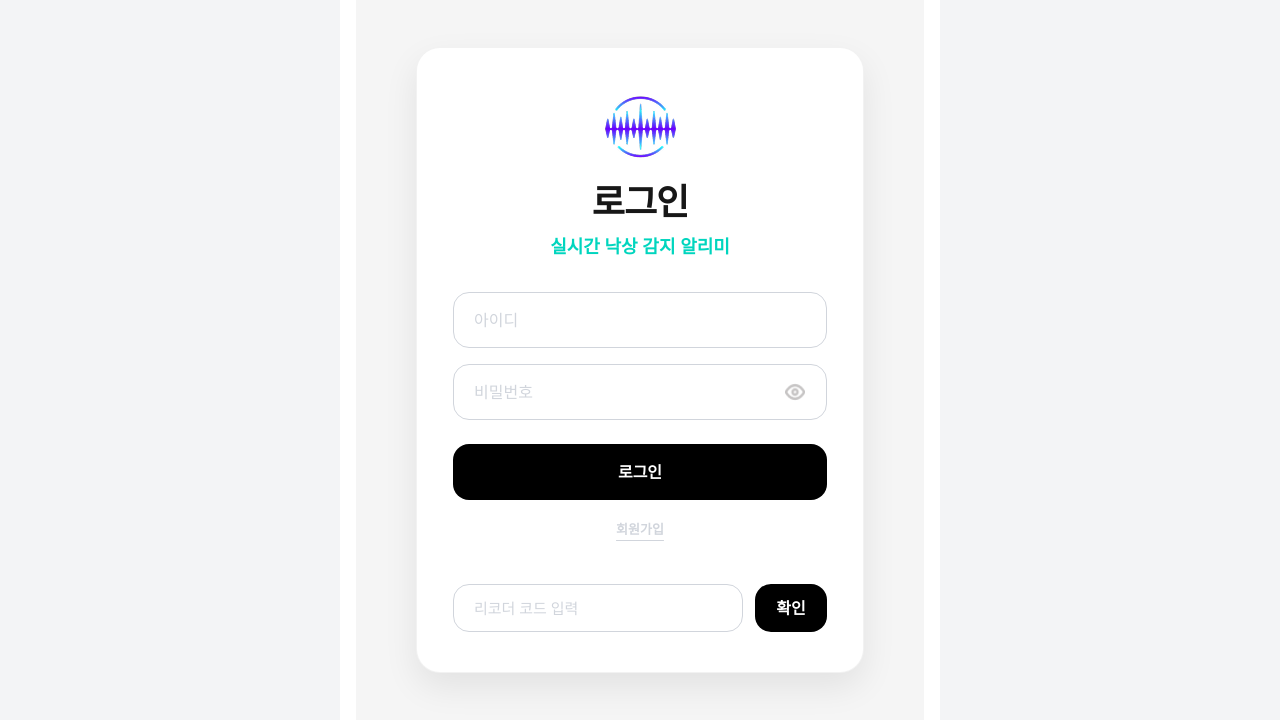
Repository: AudioFallCare/AudioFallCare_web
Page: /
The author's editor kept a copy of each file at every save. The page is drawn from the files as they stood at one save, then again after the next save.
The browser window is 1280 px wide. The pictures show the whole page.
Some web fonts or font styles are not loaded; a fallback is used. The project was rebuilt for these pictures with package versions that can differ from the ones it lists, and the page was loaded fresh each time. Also part of the build but not shown: src/pages/Signup.jsx.

Above is the page before, as saved 2026-01-29 13:30:09.

### index.html
<!doctype html>
<html lang="en">
  <head>
    <meta charset="UTF-8" />
    <link rel="icon" type="image/svg+xml" href="/vite.svg" />
    <link href="https://cdn.jsdelivr.net/gh/orioncactus/pretendard@v1.3.9/dist/web/variable/pretendardvariable.min.css" rel="stylesheet">
    <meta name="viewport" content="width=device-width, initial-scale=1.0" />
    <title>audiofallcare-web</title>
  </head>
  <body>
    <div id="root"></div>
    <script type="module" src="/src/main.jsx"></script>
  </body>
</html>

### src/layout.jsx
const Layout = ({ children }) => {
  return (
    <div className="min-h-screen bg-gray-100 flex justify-center">
      <main className="w-full max-w-[600px] bg-white min-h-screen px-4">
        {children}
      </main>
    </div>
  )
}

export default Layout

### src/pages/Signin.jsx
import React, { useState } from "react";
import { useNavigate } from "react-router-dom";

import LOGO from "../../public/LOGO.png";
import EYESONME from "../../public/Eye.png";

const Login = () => {
  const navigate = useNavigate();

  const [userId, setUserId] = useState("");
  const [password, setPassword] = useState("");
  const [showPassword, setShowPassword] = useState(false);
  const [recorderCode, setRecorderCode] = useState("");

  const handleSubmit = (e) => {
    e.preventDefault();
    console.log("login", { userId, password });
  };

  return (
    <div className="min-h-screen bg-neutral-100 flex items-center justify-center px-5 py-8 text-neutral-900">
      <div className="w-full max-w-md bg-white rounded-3xl shadow-[0_14px_34px_rgba(0,0,0,0.08)] border border-black/5 px-8 py-10 sm:px-9">
        {/* Header */}
        <div className="text-center mb-7">
          <div className="mx-auto mb-4 flex items-center justify-center">
            <img
              src={LOGO}
              alt="logo"
              className="h-20 w-20 object-contain"
            />
          </div>

          <h1 className="text-4xl font-extrabold tracking-tight leading-none">로그인</h1>
          <p className="mt-3 text-lg font-bold text-teal-400">실시간 낙상 감지 알리미</p>
        </div>

        {/* Form */}
        <form onSubmit={handleSubmit} className="mt-8">
          <input
            type="text"
            placeholder="아이디"
            value={userId}
            onChange={(e) => setUserId(e.target.value)}
            className="w-full h-14 px-5 rounded-2xl border border-gray-300 bg-white text-[16px] font-medium text-neutral-700 placeholder:text-gray-300 focus:outline-none focus:ring-4 focus:ring-indigo-500/15 focus:border-indigo-500/60"
          />

          <div className="relative mt-4">
            <input
              type={showPassword ? "text" : "password"}
              placeholder="비밀번호"
              value={password}
              onChange={(e) => setPassword(e.target.value)}
              className="w-full h-14 px-5 pr-14 rounded-2xl border border-gray-300 bg-white text-[16px] font-medium text-neutral-700 placeholder:text-gray-300 focus:outline-none focus:ring-4 focus:ring-indigo-500/15 focus:border-indigo-500/60"
            />

            <button
              type="button"
              onClick={() => setShowPassword(!showPassword)}
              className="absolute right-3 top-1/2 -translate-y-1/2 h-10 w-10 rounded-full flex items-center justify-center hover:bg-black/5 active:scale-[0.98]"
              aria-label={showPassword ? "비밀번호 숨기기" : "비밀번호 보기"}
            >
              <img src={EYESONME} alt="" className="h-5 w-5" />
            </button>
          </div>

          <button
            type="submit"
            className="mt-6 w-full h-14 rounded-2xl bg-black text-white text-[16px] font-bold hover:bg-neutral-900 active:translate-y-[1px]"
          >
            로그인
          </button>
        </form>

        <button
          className="mt-5 mx-auto block w-fit text-[13px] font-bold text-gray-300 underline underline-offset-[6px] hover:text-gray-500 transition-colors"
          onClick={() => navigate("/signup")}
          type="button"
        >
          회원가입
        </button>

        <div className="mt-11 flex items-center gap-3">
          <input
            type="text"
            placeholder="리코더 코드 입력"
            value={recorderCode}
            onChange={(e) => setRecorderCode(e.target.value)}
            className="min-w-0 flex-1 h-12 px-5 rounded-2xl border border-gray-300 bg-white text-[15px] font-medium text-neutral-900 placeholder:text-gray-300 focus:outline-none focus:ring-4 focus:ring-indigo-500/15 focus:border-indigo-500/60"
          />
          <button
            type="button"
            className="h-12 min-w-[72px] px-5 rounded-2xl bg-black text-white font-bold hover:bg-neutral-900 active:translate-y-[1px]"
          >
            확인
          </button>
        </div>
      </div>
    </div>
  );
};

export default Login;

Loaded but not shown: src/main.jsx (common file); src/index.css (common file); src/App.jsx (common file)

After the next save:
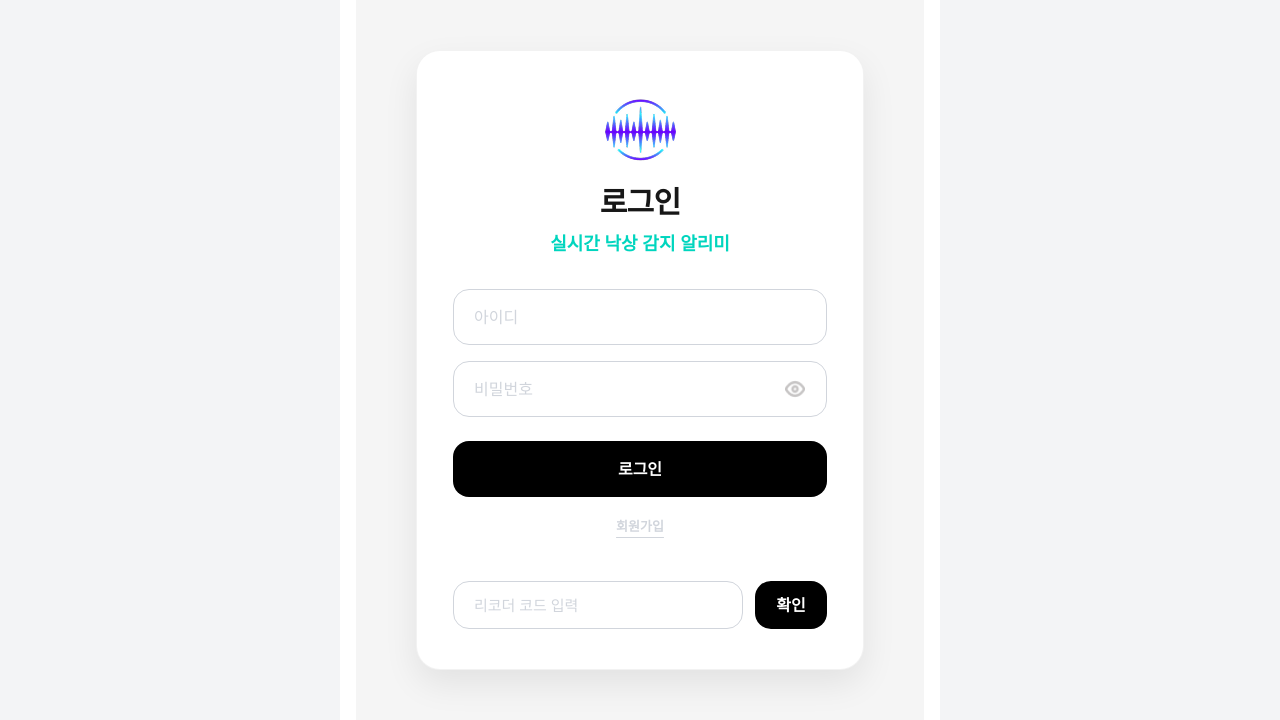
Saved 11 s later.
--- a/src/pages/Signin.jsx
+++ b/src/pages/Signin.jsx
@@ -30,7 +30,7 @@ const Login = () => {
             />
           </div>
 
-          <h1 className="text-4xl font-extrabold tracking-tight leading-none">로그인</h1>
+          <h1 className="text-3xl font-extrabold tracking-tight leading-none">로그인</h1>
           <p className="mt-3 text-lg font-bold text-teal-400">실시간 낙상 감지 알리미</p>
         </div>
 
